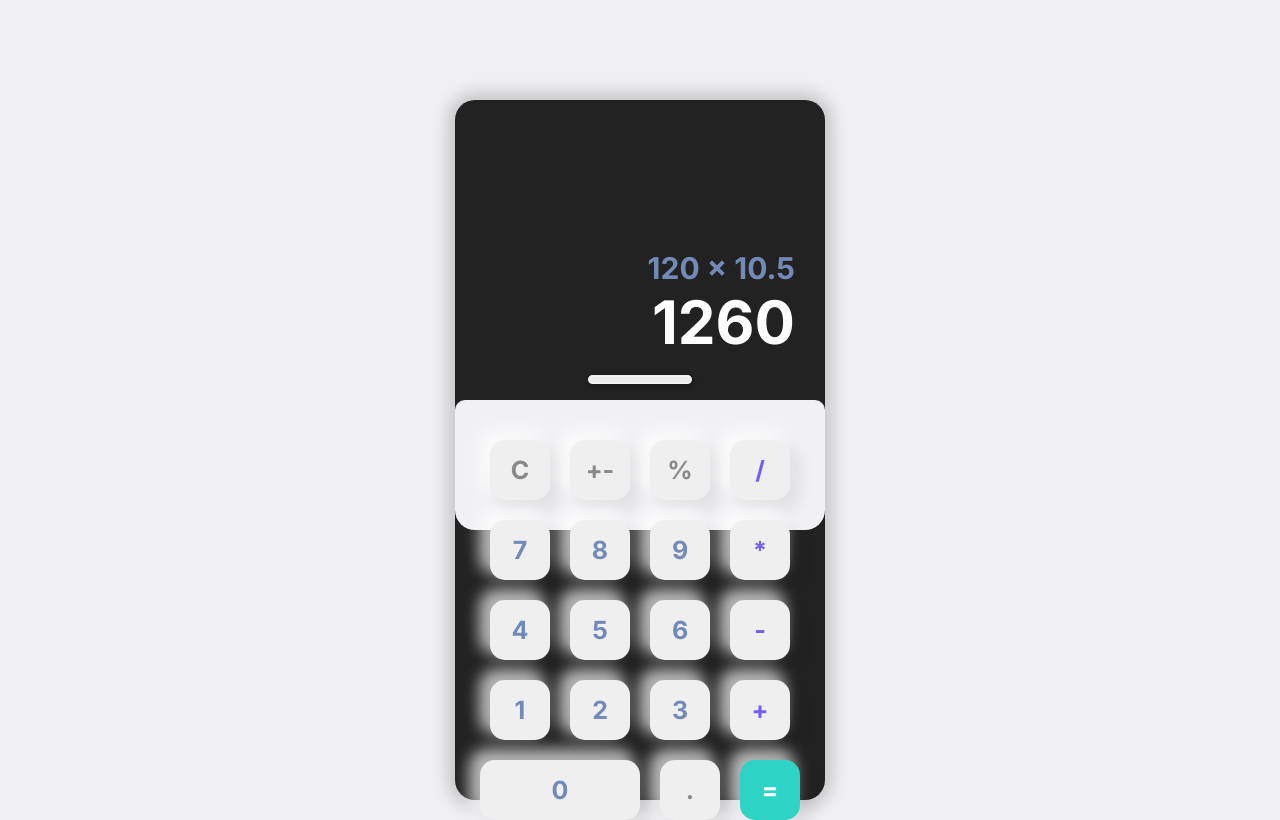
Repository: BrunoBross/calculator
Page: index.html
An editor plug-in stored every save of this project. The page is shown before and after a run of saves, followed by the edit.
The browser window is 1280 px wide. The pictures show the whole page.

Above is the page before, as saved 2021-12-01 00:14:58.

After the next 5 saves:
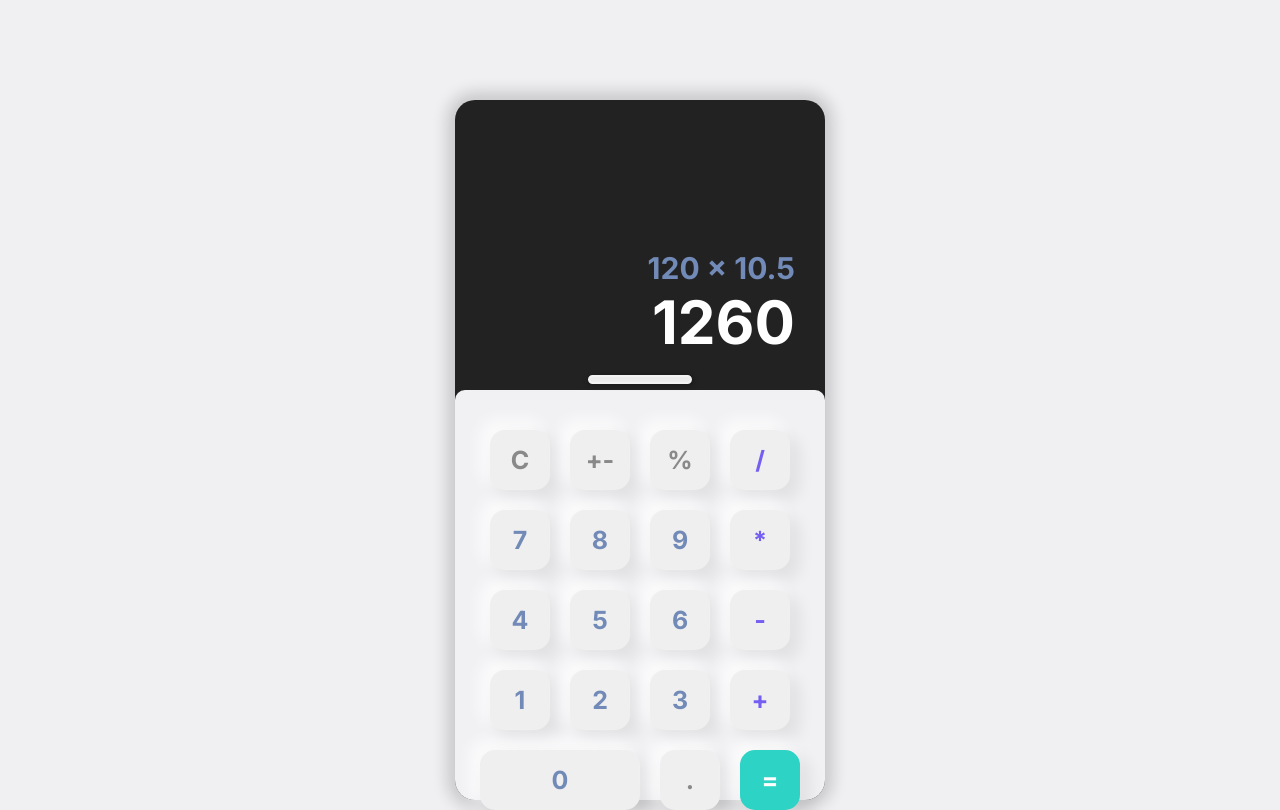
The 5 saves are shown as one change because they came seconds apart.
The last was saved 25 s later.
--- a/style.css
+++ b/style.css
@@ -52,7 +52,7 @@ main{
   justify-content: center;
   flex-wrap: wrap;
   gap: 20px;
-  height: 50px;
+  height: 330px;
   border-radius: 10px 10px 20px 20px;
 }
 
